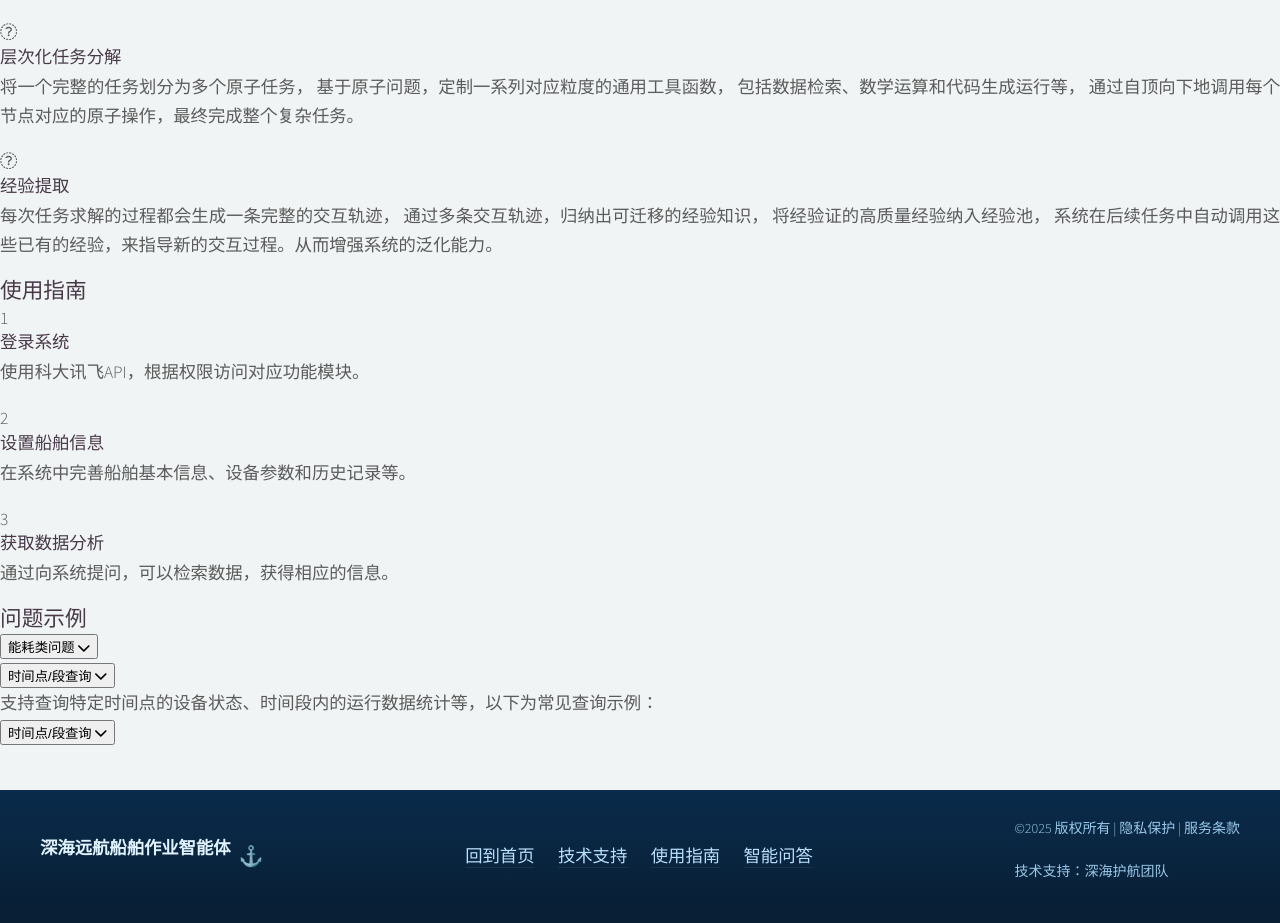
Repository: ShiCheng0104/AIC
Page: QingJing-agent/前端/深海远航船舶作业智能体/About.html
These files come from the project's save history. The page is drawn as it stood at one moment and after the next save; the edit follows.
The browser window is 1280 px wide. The pictures show the part of the page from y = 502 to 1454 px (the page is 1425 px tall before and 1454 px after).
Backgrounds fixed to the window are drawn as part of the page.

Above is the page before, as saved 2025-07-03 14:31:09.

After the next save:
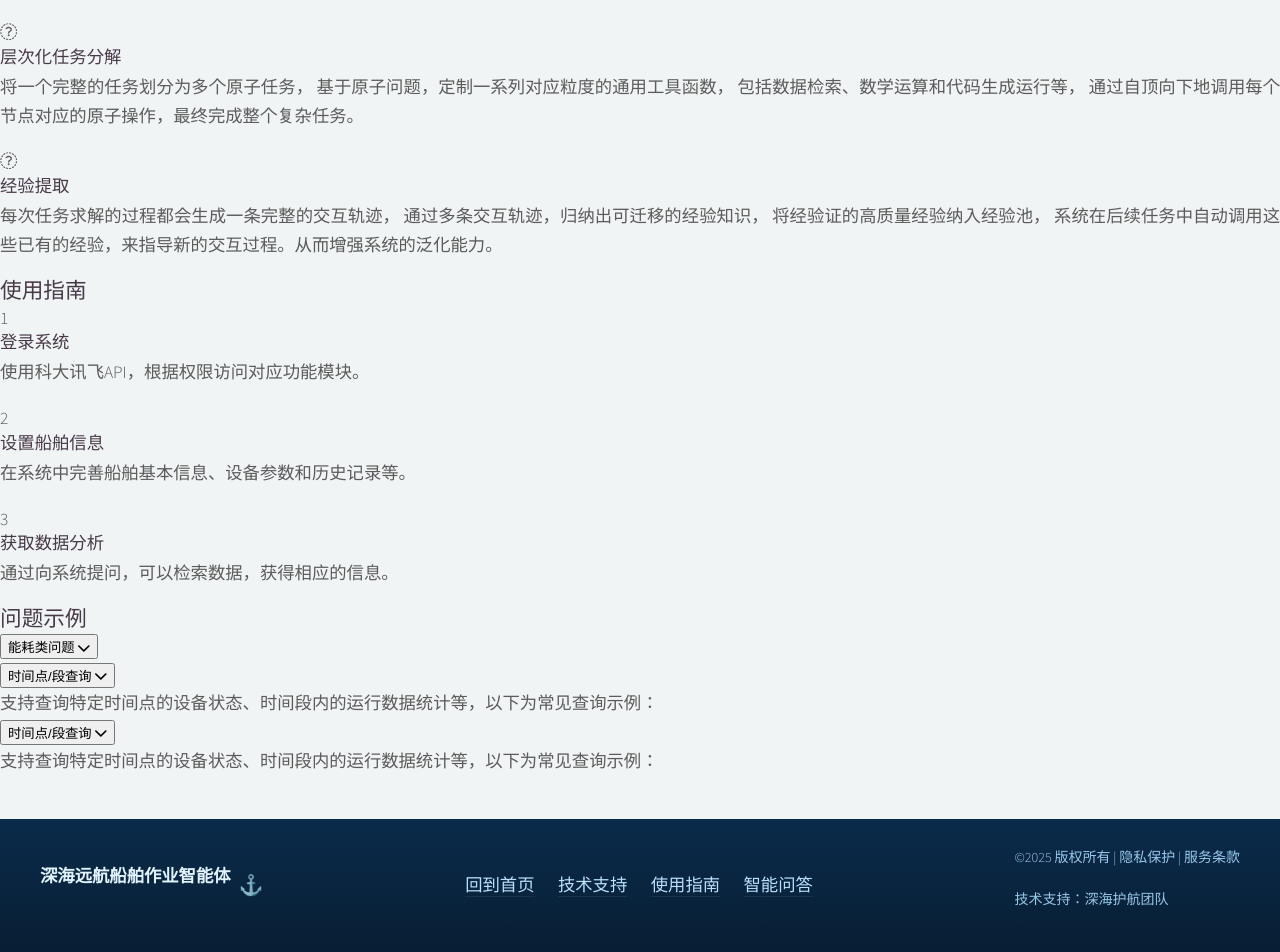
Saved 43 s later.
--- a/QingJing-agent/前端/深海远航船舶作业智能体/About.html
+++ b/QingJing-agent/前端/深海远航船舶作业智能体/About.html
@@ -250,6 +250,7 @@
 
 					<!-- FAQ2 -->
 					<div class="border border-neutralDark rounded-lg overflow-hidden max-w-xl mx-auto my-8">
+						<!-- 按钮 -->
 						<button
 							class="w-full px-6 py-4 text-left font-medium text-dark flex justify-between items-center hover:bg-gray-50 transition-colors"
 							onclick="toggleContent(this)">
@@ -257,18 +258,23 @@
 							<i class="fa fa-chevron-down text-gray-400 transition-transform"></i>
 						</button>
 
+						<!-- 新增：固定显示的描述文字（在按钮下方，始终可见） -->
+						<div class="px-6 py-3 bg-gray-50 border-t border-neutralDark text-sm text-gray-500">
+							支持查询特定时间点的设备状态、时间段内的运行数据统计等，以下为常见查询示例：
+						</div>
+
+						<!-- 隐藏的多条示例内容（点击按钮才显示） -->
 						<div class="px-6 py-4 bg-gray-50 border-t border-neutralDark hidden" id="contentList2">
 							<div class="mb-4">
 								<p class="text-gray-600">
 									示例 1：2024/8/19 下午A架的第一次开机时间（请以XX:XX输出）？
 								</p>
 							</div>
-							<div>
+							<div class="mb-4">
 								<p class="text-gray-600">
 									示例 2：统计2024/8/23上午A架的运行时长（以整数分钟输出）
 								</p>
 							</div>
-
 							<div>
 								<p class="text-gray-600">
 									示例 3：2024/8/23 ~ 2024/8/25 哪一天上午A架的运行时长最长，运行了多久（以整数分钟输出）？
@@ -276,6 +282,7 @@
 							</div>
 						</div>
 					</div>
+
 
 					<script>
 						function toggleContent(button) {
